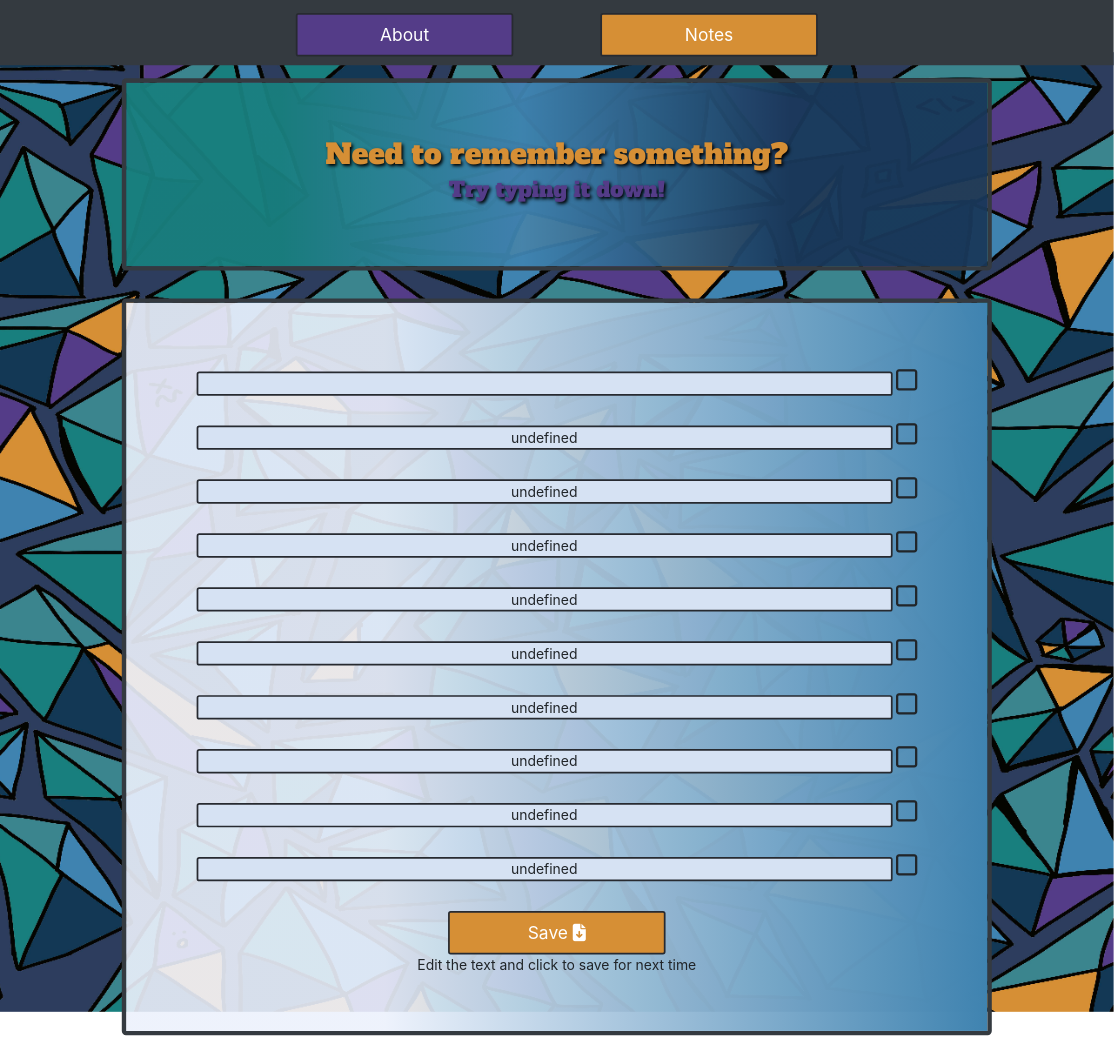
Repository: Kamicoda/Mynote
Page: index.html
The author's editor kept a record of every edit. The page is drawn from the files as they stood at one moment, then again after the next edit.
The browser window is 1280 px wide. The pictures show the whole page, at 87% of full size.
Backgrounds fixed to the window are drawn as part of the page. Some web fonts or font styles are not loaded; a fallback is used. Some web libraries are served in a nearby version.

Above is the page before.

After the next edit:
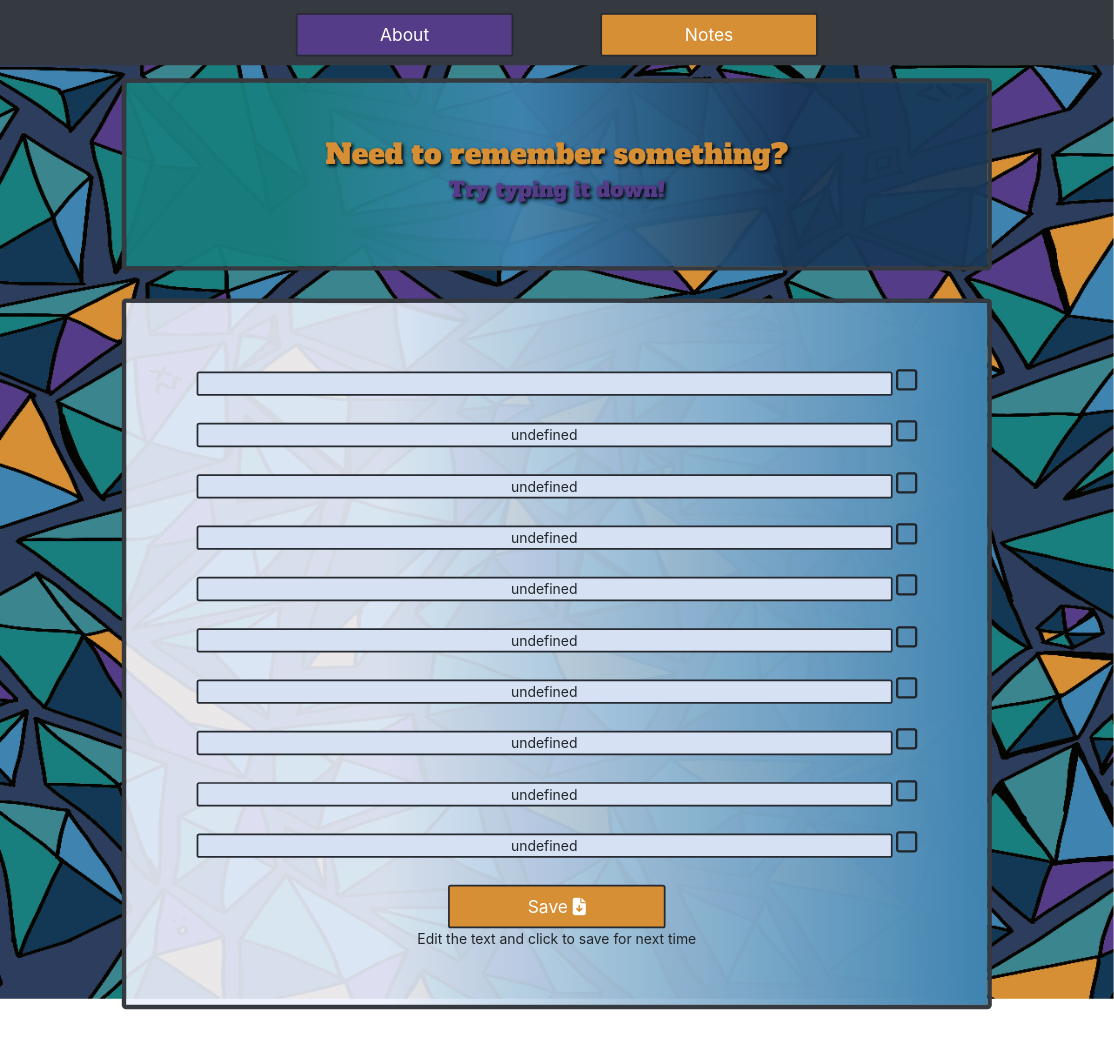
The edit:
--- a/assets/style/style.css
+++ b/assets/style/style.css
@@ -131,7 +131,6 @@
 
 .checkbox {
     font-size: 28px;
-    margin-bottom: 16px;
     display: inline-block;
 }
 
